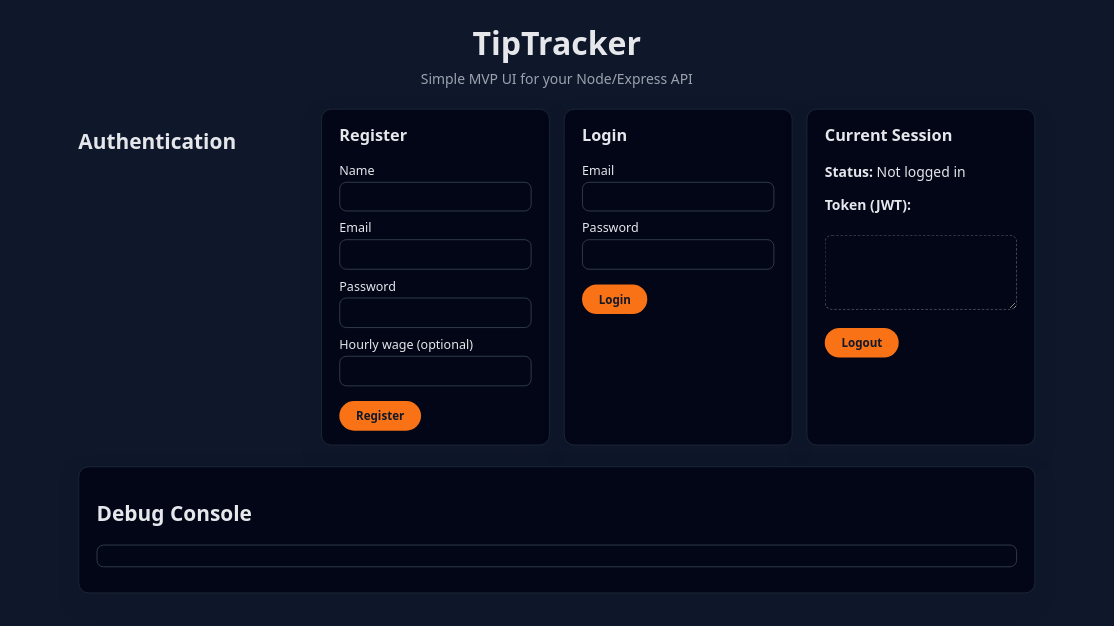
Repository: rozhinasaberi/tip-tracker
Page: frontend/index.html
The author's editor kept a copy of each file at every save. The page is drawn from the files as they stood at one save, then again after the next save.
The browser window is 1280 px wide. The pictures show the whole page, at 87% of full size.

Above is the page before, as saved 2025-12-01 16:09:22.

After the next save:
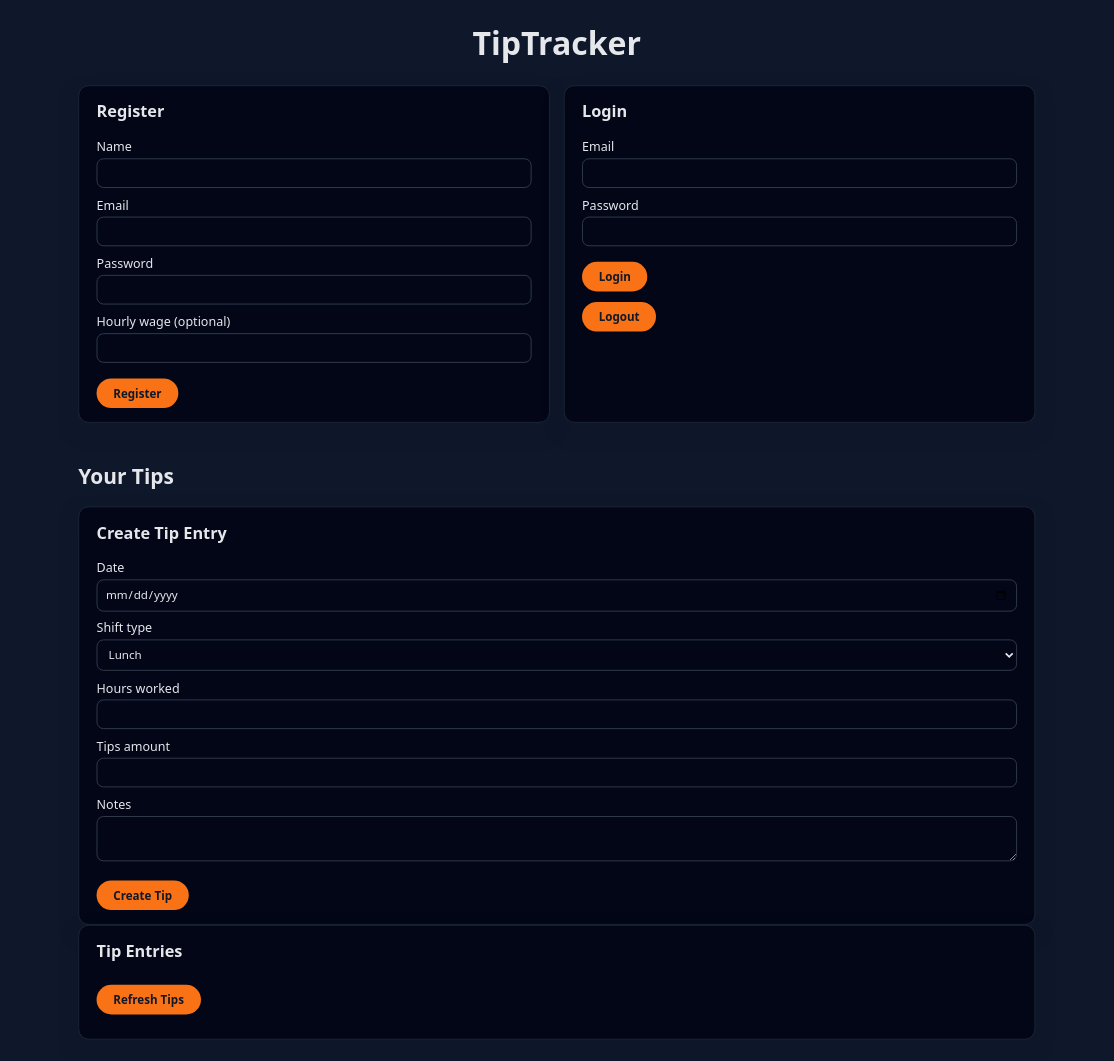
Saved 19 s later.
--- a/frontend/index.html
+++ b/frontend/index.html
@@ -8,13 +8,12 @@
 <body>
   <header>
     <h1>TipTracker</h1>
-    <p class="subtitle">Simple MVP UI for your Node/Express API</p>
+    <p class="subtitle"></p>
   </header>
 
   <main>
+    <!-- AUTH SECTION -->
     <section id="auth-section">
-      <h2>Authentication</h2>
-
       <div class="card">
         <h3>Register</h3>
         <form id="register-form">
@@ -51,18 +50,14 @@
           </label>
           <button type="submit">Login</button>
         </form>
-      </div>
-
-      <div class="card">
-        <h3>Current Session</h3>
-        <p><strong>Status:</strong> <span id="auth-status">Not logged in</span></p>
-        <p><strong>Token (JWT):</strong></p>
-        <textarea id="token-display" readonly rows="4"></textarea>
-        <button id="logout-btn" type="button">Logout</button>
+        <button id="logout-btn" type="button" style="margin-top:0.75rem;">
+          Logout
+        </button>
       </div>
     </section>
 
-    <section id="tips-section" class="hidden">
+    <!-- TIPS SECTION (CRUD FROM UI) -->
+    <section id="tips-section">
       <h2>Your Tips</h2>
 
       <div class="card">
@@ -103,11 +98,6 @@
         <div id="tips-list"></div>
       </div>
     </section>
-
-    <section class="card">
-      <h2>Debug Console</h2>
-      <pre id="debug-log"></pre>
-    </section>
   </main>
 
   <script src="app.js"></script>
